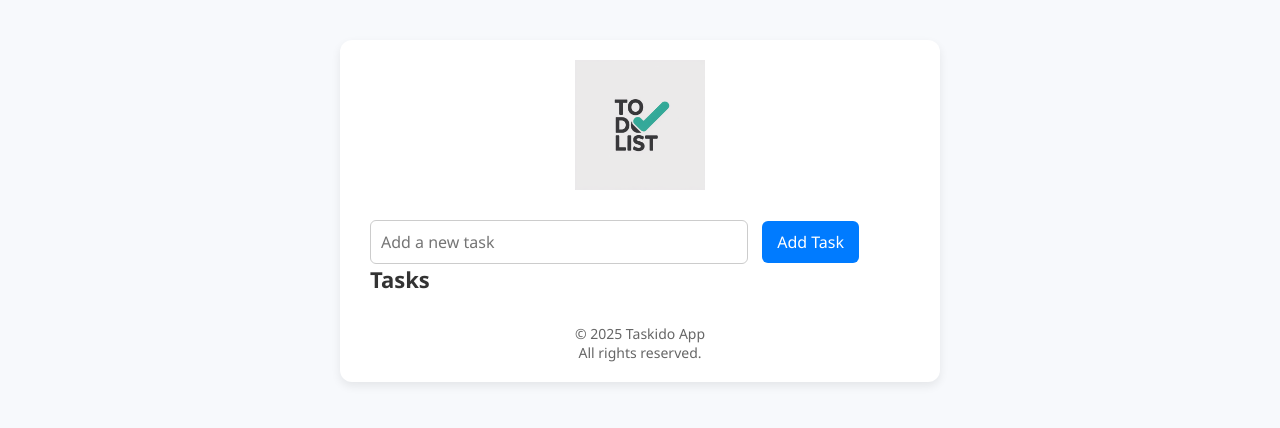
Repository: MenaEldeeb/To-Do-Iist
Page: index.html
The author's editor kept a copy of each file at every save. The page is drawn from the files as they stood at one save, then again after the next save.
The browser window is 1280 px wide. The pictures show the whole page.

Above is the page before, as saved 2025-07-20 21:28:55.

### index.html
<!DOCTYPE html>
<html lang="en">
<head>
    <meta charset="UTF-8">
    <meta name="viewport" content="width=device-width, initial-scale=1.0">
    <title>Taskido - Task Manager</title>
    <link rel="stylesheet" href="css/styles.css">
</head>
<body>
    <div id="container">
        <header id="hd">
            <img id="logo" src="images/l.webp" alt="App Logo">
        </header>

        <main id="mn">
            <section class="mn__sect" id="mn__sect01">
                <input type="text" id="task-input" placeholder="Add a new task">
                <button id="add-task-btn">Add Task</button>
            </section>

            <section class="mn__sect" id="mn__sect02">
                <h2>Tasks</h2>
                <ol id="task-list">
                    <!-- Tasks will be added here dynamically -->
                </ol>
            </section>
        </main>

        <footer id="ft">
            <p>© 2025 Taskido App</p>
            <p>All rights reserved.</p>
        </footer>
    </div>

    <script src="./js/app.js"></script>
</body>
</html>

### css/styles.css
/* Reset default browser styles */
* {
    margin: 0;
    padding: 0;
    box-sizing: border-box;
    font-family: 'Segoe UI', Tahoma, Geneva, Verdana, sans-serif;
}

body {
    background-color: #f7f9fc;
    color: #333;
}

#container {
    max-width: 600px;
    margin: 40px auto;
    padding: 20px 30px;
    background-color: #ffffff;
    border-radius: 12px;
    box-shadow: 0 4px 10px rgba(0,0,0,0.08);
}

header#hd {
    text-align: center;
    margin-bottom: 25px;
}

#logo {
    width: 130px;
}

/* Task Input Section */
#task-input {
    width: 70%;
    padding: 10px;
    border: 1px solid #ccc;
    border-radius: 6px;
    font-size: 16px;
}

#add-task-btn {
    padding: 10px 15px;
    background-color: #007bff;
    color: #fff;
    border: none;
    font-size: 16px;
    border-radius: 6px;
    cursor: pointer;
    margin-left: 10px;
    transition: background-color 0.3s ease;
}

#add-task-btn:hover {
    background-color: #0056b3;
}

/* Tasks Section */
.mn__sect h2 {
    font-size: 22px;
    margin-bottom: 10px;
}

#task-list {
    list-style-type: decimal;
    padding-left: 20px;
}

.task-item {
    display: flex;
    justify-content: space-between;
    align-items: center;
    padding: 10px 5px;
    border-bottom: 1px solid #e4e4e4;
}

.task-item span {
    flex-grow: 1;
    font-size: 17px;
}

/* Completed task style */
.completed span {
    text-decoration: line-through;
    color: #6c757d;
}

/* Buttons inside task items */
.complete-btn,
.remove-btn {
    margin-left: 10px;
    padding: 6px 10px;
    font-size: 14px;
    border: none;
    border-radius: 4px;
    cursor: pointer;
    transition: background-color 0.3s ease;
}

/* Complete button styling */
.complete-btn {
    background-color: #28a745;
    color: white;
}

.complete-btn:hover {
    background-color: #1e7e34;
}

/* Remove button styling */
.remove-btn {
    background-color: #dc3545;
    color: white;
}

.remove-btn:hover {
    background-color: #c82333;
}

/* Footer */
footer#ft {
    text-align: center;
    font-size: 14px;
    margin-top: 30px;
    color: #666;
}

### js/app.js
// Select DOM elements
const taskInput = document.getElementById('task-input');
const addButton = document.getElementById('add-task-btn');
const taskContainer = document.getElementById('task-list');

// Array to store tasks as objects
let tasks = [];

// Generate a unique ID using timestamp
function generateId() {
    return Date.now();
}

// Create a task <li> element from a task object
function createTaskElement(task) {
    const taskElement = document.createElement('li');
    taskElement.className = 'task-item';
    if (task.completed) {
        taskElement.classList.add('completed');
    }

    // Task text
    const taskText = document.createElement('span');
    taskText.textContent = task.text;

    // Complete button
    const completeButton = document.createElement('button');
    completeButton.textContent = 'Complete';
    completeButton.className = 'complete-btn';
    completeButton.addEventListener('click', () => {
        task.completed = !task.completed;
        renderTasks();
    });

    // Remove button
    const removeButton = document.createElement('button');
    removeButton.textContent = 'X';
    removeButton.className = 'remove-btn';
    removeButton.addEventListener('click', () => {
        tasks = tasks.filter(t => t.id !== task.id);
        renderTasks();
    });

    // Append elements
    taskElement.appendChild(taskText);
    taskElement.appendChild(completeButton);
    taskElement.appendChild(removeButton);

    return taskElement;
}

// Render all tasks in the DOM
function renderTasks() {
    taskContainer.innerHTML = '';
    tasks.forEach(task => {
        const taskEl = createTaskElement(task);
        taskContainer.appendChild(taskEl);
    });
}

// Add task on button click
addButton.addEventListener('click', () => {
    const inputValue = taskInput.value.trim();

    if (inputValue === '') {
        alert('Please enter a task.');
        return;
    }

    const newTask = {
        id: generateId(),
        text: inputValue,
        completed: false
    };

    tasks.push(newTask);
    renderTasks();
    taskInput.value = '';
});

After the next save:
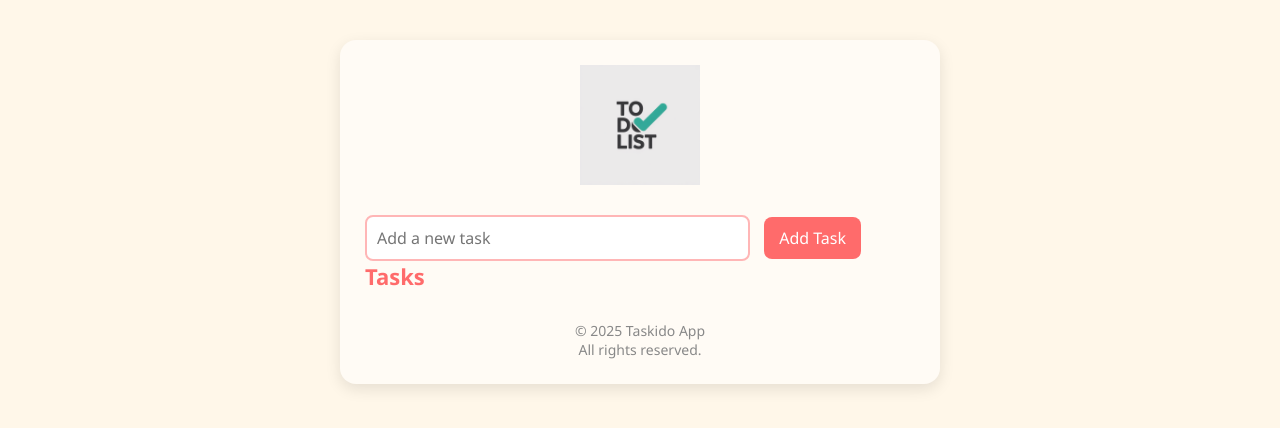
Saved 4 min 50 s later.
--- a/css/styles.css
+++ b/css/styles.css
@@ -1,23 +1,23 @@
-/* Reset default browser styles */
+/* Reset default styles */
 * {
     margin: 0;
     padding: 0;
     box-sizing: border-box;
-    font-family: 'Segoe UI', Tahoma, Geneva, Verdana, sans-serif;
+    font-family: 'Comic Neue', 'Segoe UI', sans-serif;
 }
 
 body {
-    background-color: #f7f9fc;
+    background-color: #FFF7E9;
     color: #333;
 }
 
 #container {
     max-width: 600px;
     margin: 40px auto;
-    padding: 20px 30px;
-    background-color: #ffffff;
-    border-radius: 12px;
-    box-shadow: 0 4px 10px rgba(0,0,0,0.08);
+    padding: 25px;
+    background-color: #FFFBF5;
+    border-radius: 16px;
+    box-shadow: 0 5px 15px rgba(0,0,0,0.1);
 }
 
 header#hd {
@@ -26,38 +26,40 @@
 }
 
 #logo {
-    width: 130px;
+    width: 120px;
 }
 
-/* Task Input Section */
+/* Task input section */
 #task-input {
     width: 70%;
     padding: 10px;
-    border: 1px solid #ccc;
-    border-radius: 6px;
+    border: 2px solid #FFB6B6;
+    border-radius: 8px;
     font-size: 16px;
+    background-color: #fff;
 }
 
 #add-task-btn {
     padding: 10px 15px;
-    background-color: #007bff;
-    color: #fff;
+    background-color: #FF6B6B;
+    color: white;
     border: none;
     font-size: 16px;
-    border-radius: 6px;
+    border-radius: 8px;
     cursor: pointer;
     margin-left: 10px;
     transition: background-color 0.3s ease;
 }
 
 #add-task-btn:hover {
-    background-color: #0056b3;
+    background-color: #FF4B5C;
 }
 
-/* Tasks Section */
+/* Task list styling */
 .mn__sect h2 {
     font-size: 22px;
     margin-bottom: 10px;
+    color: #FF6B6B;
 }
 
 #task-list {
@@ -70,18 +72,19 @@
     justify-content: space-between;
     align-items: center;
     padding: 10px 5px;
-    border-bottom: 1px solid #e4e4e4;
+    border-bottom: 1px dashed #FFD93D;
 }
 
 .task-item span {
     flex-grow: 1;
-    font-size: 17px;
+    font-size: 18px;
 }
 
 /* Completed task style */
 .completed span {
     text-decoration: line-through;
-    color: #6c757d;
+    color: #999;
+    opacity: 0.7;
 }
 
 /* Buttons inside task items */
@@ -91,29 +94,29 @@
     padding: 6px 10px;
     font-size: 14px;
     border: none;
-    border-radius: 4px;
+    border-radius: 6px;
     cursor: pointer;
-    transition: background-color 0.3s ease;
+    transition: all 0.2s ease;
 }
 
-/* Complete button styling */
+/* Complete button - green */
 .complete-btn {
-    background-color: #28a745;
+    background-color: #6BCB77;
     color: white;
 }
 
 .complete-btn:hover {
-    background-color: #1e7e34;
+    background-color: #4CAF50;
 }
 
-/* Remove button styling */
+/* Remove button - yellow */
 .remove-btn {
-    background-color: #dc3545;
-    color: white;
+    background-color: #FFD93D;
+    color: #333;
 }
 
 .remove-btn:hover {
-    background-color: #c82333;
+    background-color: #FEC601;
 }
 
 /* Footer */
@@ -121,5 +124,5 @@
     text-align: center;
     font-size: 14px;
     margin-top: 30px;
-    color: #666;
+    color: #888;
 }
